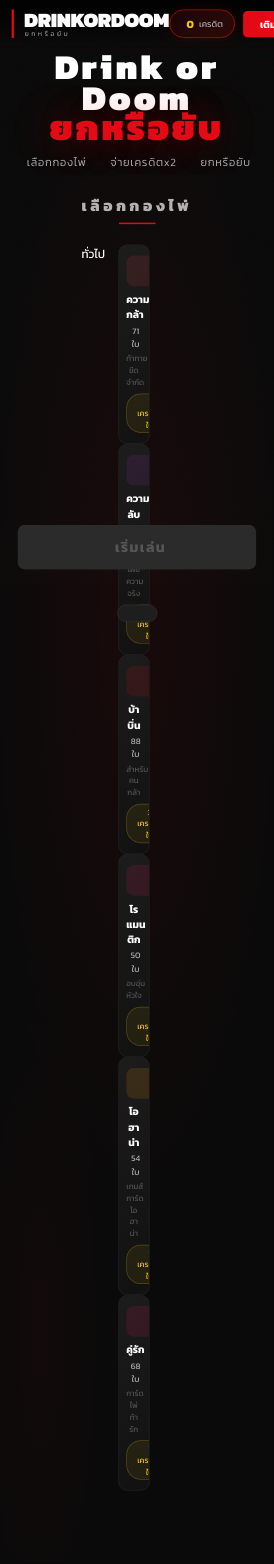
Repository: nuthiokhaw99/Drink-or-Doom.github.io
Page: index.html
An editor plug-in stored every save of this project. The page is shown before and after the next save, followed by the edit.
The browser window is 375 px wide. The pictures show the whole page, at 73% of full size.
Some icons come from a web library that is not loaded, so they are not drawn.

Above is the page before, as saved 2026-04-03 16:48:44.
Console error: SyntaxError: Unexpected token ')'

After the next save:
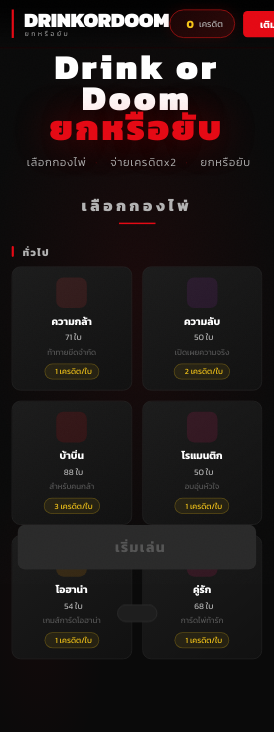
Saved 23 s later.
--- a/css/main.css
+++ b/css/main.css
@@ -129,7 +129,7 @@
   background: transparent; color: var(--text2); border: 1px solid #333;
   padding: 8px 13px; border-radius: 6px;
   font-family: "Kanit", sans-serif; font-size: .90rem;
-  cursor: pointer; transition: .5s;
+  cursor: pointer; transition: .9s;
   display: flex; align-items: center; gap: 6px;
 }
 .btn-ghost:hover { border-color: var(--text2); color: #fff; }
@@ -285,3 +285,62 @@
   }
   .hero { padding: 70px 16px 100px; }
 }
+
+/* ---- DECK SECTION (category grouping) ---- */
+.deck-grid {
+  display: flex;
+  flex-direction: column;
+  align-items: stretch;
+  gap: 0;
+  width: 100%;
+  max-width: 900px;
+}
+
+.deck-section-header {
+  display: flex;
+  align-items: center;
+  gap: 12px;
+  margin: 28px 0 14px;
+  font-family: "Kanit", sans-serif;
+  font-weight: 800;
+  font-size: 1rem;
+  letter-spacing: 3px;
+  color: var(--text2);
+  text-transform: uppercase;
+}
+.deck-section-header::before {
+  content: "";
+  display: inline-block;
+  width: 3px;
+  height: 1.1em;
+  background: var(--red);
+  border-radius: 2px;
+  flex-shrink: 0;
+}
+.deck-section-header:first-child {
+  margin-top: 0;
+}
+
+.deck-section-row {
+  display: flex;
+  flex-wrap: wrap;
+  gap: 14px;
+  justify-content: flex-start;
+}
+.deck-section-row .deck-card {
+  min-width: 120px;
+  max-width: 145px;
+  flex: 0 0 auto;
+}
+
+@media (max-width: 580px) {
+  .deck-section-row .deck-card {
+    min-width: calc(50% - 7px);
+    max-width: calc(50% - 7px);
+  }
+  .deck-section-header {
+    font-size: .85rem;
+    letter-spacing: 2px;
+    margin: 22px 0 10px;
+  }
+}
